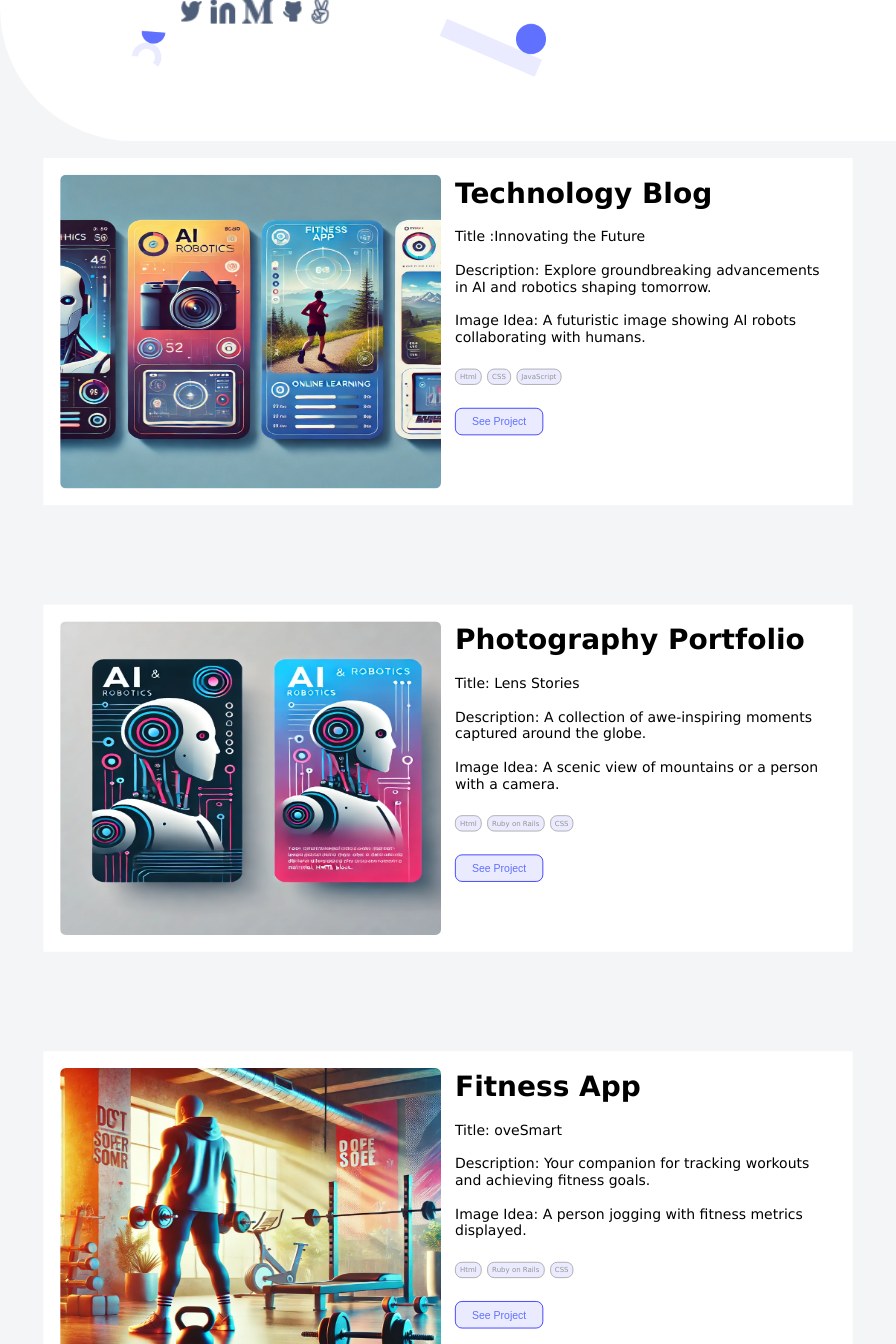
Repository: usman3123/portfolio-template-3
Page: index.html
The author's editor kept a copy of each file at every save. The page is drawn from the files as they stood at one save, then again after the next save.
The browser window is 1280 px wide. The pictures show the part of the page from y = 644 to 2564 px (the page is 5333 px tall before and 2923 px after), at 70% of full size.
Some web libraries are served in a nearby version.

Above is the page before, as saved 2025-01-30 09:57:12.

### index.html
<!DOCTYPE html>
<html lang="en">
<head>
  <meta charset="UTF-8">
  <meta name="viewport" content="width=device-width, initial-scale=1.0">
  <title>project 2</title>
  <link rel="stylesheet" href="style.css">
  <link href='https://unpkg.com/boxicons@2.1.4/css/boxicons.min.css' rel='stylesheet'>
  <link rel="stylesheet" href="https://cdnjs.cloudflare.com/ajax/libs/font-awesome/6.6.0/css/all.min.css" integrity="sha512-Kc323vGBEqzTmouAECnVceyQqyqdsSiqLQISBL29aUW4U/M7pSPA/gEUZQqv1cwx4OnYxTxve5UMg5GT6L4JJg==" crossorigin="anonymous" referrerpolicy="no-referrer" />
  <link rel="stylesheet" href="https://cdnjs.cloudflare.com/ajax/libs/font-awesome/6.6.0/css/all.min.css" integrity="sha512-Kc323vGBEqzTmouAECnVceyQqyqdsSiqLQISBL29aUW4U/M7pSPA/gEUZQqv1cwx4OnYxTxve5UMg5GT6L4JJg==" crossorigin="anonymous" referrerpolicy="no-referrer" />

  <link rel="stylesheet" href="https://cdnjs.cloudflare.com/ajax/libs/font-awesome/6.7.2/css/all.min.css">
  <link rel="preconnect" href="https://fonts.googleapis.com">
<link rel="preconnect" href="https://fonts.gstatic.com" crossorigin>
<link href="https://fonts.googleapis.com/css2?family=Poppins:ital,wght@0,100;0,200;0,300;0,400;0,500;0,600;0,700;0,800;0,900;1,100;1,200;1,300;1,400;1,500;1,600;1,700;1,800;1,900&display=swap" rel="stylesheet">
</head>

<body>
<section class="webpage">
  <!-- Navbar -->

 <div class="hero-page">
  <div class="header-div">
    <nav class="nav-bar flex">
        <h4 class="nav-heading">My Logo</h4>
        <div class="nav-links flex">
            <a href="#myportfolio" class="link">Portfolo</a>
            <a href="myabout" class="link">About</a>
            <a href="mycontact" class="link" >Contact</a>
        </div>
        <i class="fa-solid fa-light fa-bars fa-xl " id="nav-icon"></i>
    </nav>
</div>

  <!-- Main Content -->
  <section id="myportfolio" class="hero-section flex">
    <div class="hero-content flex">
        <h1 class="hero-head"> I'm USMAN!
          Glad to see you.
      </h1>
      <p class="hero-p">
         I'm a software developer! I can help you build a product , feature or website Look through  some of my work and experience! If you like what you see and have a project you need coded, don’t hesitate to contact me.
      </p>
     <p class="let-connect"> LET'S CONNECT</p>

      <div class="icons flex">
          <img src="/assets/twitter.png" class="media-icon">
          <img src="assets/Linkedin.png" class="media-icon">
          <img src="assets/M.png" class="media-icon">
          <img src="assets/Github.png" class="media-icon">
          <img src="assets/V.png" class="media-icon">
      </div>
    </div>
  </section>

 </div>
  <!-- Cards Section -->

  <section class="cards flex">

  </section>


   <!-- ABOUT MYSELF -->

   <section id="myabout" class="about flex">

    <div class="about-intro flex">
      <h1 class="about-head">About Myself</h1>
      <p class="about-paragraph">Hello I'm a software developer! I can help you build a product , feature or website Look through some of my work and experience! If you like what you see and have a project you need coded, don't hesitate to contact me.</p>
        <p class="connect">Let's Connect</p>
        <div class="icons flex icon-gap">
          <img src="assets/twitter.png" class="twitter">
          <img src="assets/Linkedin.png" class="inimage">
          <img src="assets/M.png" class="mimage">
          <img src="assets/Github.png" class="tomimage">
          <img src="assets/V.png" class="protocol">
      </div>
      <button class="content-btn rsm-btn"> Get my resume</button>
    </div>

    <div class="about-skills flex">
      <div class="about-all flex">
        <p>Languages</p>
        <i class='bx bx-chevron-down'></i>
      </div>
      <div class="about-lang flex">
        <div class="about-lang-img flex">
          <i class="fa-brands fa-js sty-i" style="color: #ff0000;"></i>
          <p>JavaScript</p>
        </div>
        <div class="about-lang-img flex">
          <i class="fa-brands fa-html5 sty-i" style="color: #FFD43B;"></i>
          <p>Html</p>

        </div>
        <div class="about-lang-img flex">
          <i class="fa-brands fa-css3-alt sty-i" style="color: #74C0FC;"></i>
          <p>css</p>
        </div>
      </div>
      <div class="about-all flex">
        <p> Frameworks</p>
        <i class='bx bx-chevron-right'></i>
      </div>
      <div class="about-all flex">
        <p>Skills</p>
        <i class='bx bx-chevron-right'></i>
        </div>
        </div>
  </section>


  <!-- Contact section -->

    <section id="mycontact" class="contact-section flex">
    <h1 class="contact-heading">Contact Me</h1>
    <p class="contact-description flex">
        If you have an application you are interested in developing, a feature that you need built, or a project that needs coding, I'd love to help with it!
    </p>
    <form class="contact-form flex">
        <input class="form-input" type="text" placeholder="Your Name">
        <input class="form-input" type="email" placeholder="Your Email">
        <textarea class="form-message" placeholder="Write your message here..."></textarea>
        <button class="form-button flex">Get in Touch</button>
    </form>

</section>
</section>
<div class="container"></div>


<script src="index.js"></script>
</body>
</html>

### index.js
arr = [
    {
        img : "/assets/card-1img.webp",
        h2 : "Technology Blog",
        paragraph1 : "Title :Innovating the Future",
        p_description : "Description: Explore groundbreaking advancements in AI and robotics shaping tomorrow.",
        paragraph2 :"Image Idea: A futuristic image showing AI robots collaborating with humans.",
        lang1 : "Html",
        lang2 : "CSS",
        lang3 : "JavaScript",
        lang5 : "Boot Strap",
        button : "See Project",
        year : "2023",
        cardimg : "/assets/card-1img.webp"
    },
    {
        img : "/assets/card-2img.webp",
        h2 : "Photography Portfolio",
        paragraph1 : "Title: Lens Stories",
        p_description : "Description: A collection of awe-inspiring moments captured around the globe.",
        paragraph2 :"Image Idea: A scenic view of mountains or a person with a camera.",
        lang1 : "Html",
        lang2 :"Ruby on Rails",
        lang3 : "CSS",
        lang4 : "JavaScript",
        lang5 : "Boot Strap",
        button : "See Project",
        year : "2024",
        cardimg :"/assets/card-2img.webp"
    },
    {
        img : "/assets/card-3img.webp",
        h2 : "Fitness App",
        paragraph1 : "Title: oveSmart",
        p_description :"Description: Your companion for tracking workouts and achieving fitness goals.",
        paragraph2 :"Image Idea: A person jogging with fitness metrics displayed.",
        lang1 : "Html",
        lang2 :"Ruby on Rails",
        lang3 : "CSS",
        lang4 : "JavaScript",
        lang5 : "Boot Strap",
        button : "See Project",
        year : "2025",
        cardimg : "/assets/card-3img.webp"
    },
    {
        img : "/assets/card-4img.webp" ,
        h2 : "Online Learning",
        paragraph1 : "Title: Skillify",
        p_description : "Description: Join courses from world-class instructors and master new skills.",
        paragraph2 :"Image Idea: A laptop with an open notebook and a student studying.",
        lang1 : "Html",
        lang2 :"Ruby on Rails",
        lang3 : "CSS",
        lang4 : "JavaScript",
        lang5 : "Boot Strap",
        button : "See Project",
        year : "2025",
        cardimg :"/assets/card-4img.webp"
    }
]

const cards = document.querySelector(".cards");
const body = document.querySelector("body")
arr.forEach((element) => {
    cards.innerHTML += `<div class="card flex">
      <img class="card-img" src= ${element.img} alt="CARD_!_IMG">
      <div class="card-content flex">
        <h2 class="card-head">${element.h2}</h2>
        <p class="content-p">${element.paragraph1}</p>
        <p class="content-sp">${element.p_description}</p>
        <p class="content-p">${element.paragraph2}</p>
        <div class="languages flex">
          <p class="lang">${element.lang1}</p>
          <p class="lang">${element.lang2}</p>
          <p class="lang">${element.lang3}</p>
        </div>
        <button id = "cardbtn" class="content-btn">${element.button}</button>
      </div>
    </div>
`
});
document.querySelectorAll("#cardbtn").forEach((btn, index) => {
  btn.addEventListener("click", () => {
    popup(arr[index]);
    body.classList.add("blur")
  });
});
function popup(element) {
  const popup = document.querySelector(".container");
    popup.innerHTML =
      `<div class="inner-container">
    <div class="icon-head flex">
        <h2 class="heading flex">${element.h2}</h2>
        <i class="fa-solid fa-x" id = "close-popup" ></i>
    </div>
    <div class="languages flex">
        <p class="lang">Canopy</p>
        <p class="lang">Back End Dev</p>
        <p class="lang">${element.year}</p>
    </div>
    <img src= ${element.cardimg} class="wrapimg">
    <div class="languages flex">
        <p class="lang">${element.lang1}</p>
        <p class="lang">${element.lang5}</p>
        <p class="lang">${element.lang2}</p>
    </div>

    <div class="paragraph">
        <p class="p1">${element.paragraph1}</p>
        <p class="p2">${element.p_description}</p>
        <p class="p3">${element.paragraph2}</p>
    </div>

    <div class="buttons flex">
        <div class="livebtn flex">
            <p>See live</p>
            <img src="/assets/Icon - Export.svg" class="btnimg">
        </div>
        <div class="sourcebtn flex">
            <p>See source</p>
            <img src="/assets/Icon -GitHub.png" class="btnimg">
        </div>
    </div>

    </div>`;

    document.querySelector("#close-popup").addEventListener("click", () => {

    });
  }








{/* <div class="inner-container">
<div class="icon-head flex">
    <h2 class="heading flex">Tonic</h2>
    <i class="fa-solid fa-x" ></i>
</div>
<div class="languages flex">
    <p class="lang">Canopy</p>
    <p class="lang">Back End Dev</p>
    <p class="lang">2015</p>
</div>
<img src="/assets/Snapshoot Portfolio.png" class="wrapimg">
<div class="languages flex">
    <p class="lang">HTML</p>
    <p class="lang">Bootstrap</p>
    <p class="lang">Ruby on rails</p>
</div>

<div class="paragraph">
    <p class="p1">Lorem Ipsum is simply dummy text of the printing and typesetting industry. Lorem Ipsum has been the industry's standard dummy text ever since the 1500s, when an unknown printer took a galley of type and scrambled it 1960s.</p>
    <p class="p2">Lorem Ipsum is simply dummy text of the printing and typesetting industry. Lorem Ipsum has been the industry's standard dummy text ever since the 1500s, when an unknown printer took a galley of type and scrambled it 1960s with the releax map lapora verita.</p>
    <p class="p3">Lorem Ipsum is simply dummy text of the printing and typesetting industry. Lorem Ipsum has been the industry's standard dummy text ever since the 1500s, when an unknown printer took a galley of type and scrambled it to make a type specimen book. It has survived not only five centuries, but also the leap into electronic typesetting, remaining essent</p>
</div>

<div class="buttons flex">
    <div class="livebtn flex">
        <p>See live</p>
        <img src="/assets/Icon - Export.svg" class="btnimg">
    </div>
    <div class="sourcebtn flex">
        <p>See source</p>
        <img src="/assets/Icon -GitHub.png" class="btnimg">
    </div>
</div>

</div>
 */}














/* <div class="card flex">
      <img class="card-img" src="/assets/card-1img.webp" alt="CARD_!_IMG">
      <div class="card-content flex">
        <h2 class="card-head">Technology Blog</h2>
        <p class="content-p">Title: "Innovating the Future"</p>
        <p class="content-sp">Description: "Explore groundbreaking advancements in AI and robotics shaping tomorrow."</p>
        <p class="content-p">Image Idea: A futuristic image showing AI robots collaborating with humans.</p>
        <div class="languages flex">
          <p class="lang">Html</p>
          <p class="lang">CSS</p>
          <p class="lang">JavaScript</p>
        </div>
        <button class="content-btn">See Project</button>
      </div>
    </div>
    <div class="card flex">
      <img class="card-img" src="/assets/card-2img.webp" alt="CARD_!_IMG">
      <div class="card-content flex">
        <h2 id="photo-head">Photography Portfolio</h2>
        <p class="content-p">Title: "Lens Stories"<p>
        <p class="content-sp">Description: "A collection of awe-inspiring moments captured around the globe."</p>
        <p class="content-p">Image Idea: A scenic view of mountains or a person with a camera.
        </p>
        <div class="languages flex">
          <p class="lang">Html</p>
          <p class="lang">Ruby on Rails</p>
          <p class="lang">CSS</p>
          <p class="lang">JavaScript</p>
        </div>
        <button class="content-btn">See Project</button>
      </div>
    </div>
    <div class="card flex">
      <img class="card-img" src="/assets/card-3img.webp" alt="CARD_!_IMG">
      <div class="card-content flex">
        <h2 class="card-head">Fitness App</h2>
        <p class="content-p">Title: "MoveSmart"<p>
        <p class="content-sp">Description: "Your companion for tracking workouts and achieving fitness goals."</p>
        <p class="content-p">Image Idea: A person jogging with fitness metrics displayed.</p>
        <div class="languages flex">
          <p class="lang">Html</p>
          <p class="lang">Ruby on Rails</p>
          <p class="lang">CSS</p>
          <p class="lang">JavaScript</p>
        </div>
        <button class="content-btn">See Project</button>
      </div>
    </div>
    <div class="card flex">
      <img class="card-img" src="/assets/card-4img.webp" alt="CARD_!_IMG">
      <div class="card-content flex">
        <h2 class="card-head">Online Learning</h2>
        <p class="content-p">Title: "Skillify"p>
        <p class="content-sp">Description: "Join courses from world-class instructors and master new skills."</p>
        <p class="content-p">Image Idea: A laptop with an open notebook and a student studying.</p>
        <div class="languages flex">
          <p class="lang">Html</p>
          <p class="lang">Ruby on Rails</p>
          <p class="lang">CSS</p>
          <p class="lang">JavaScript</p>
        </div>
        <button class="content-btn">See Project</button>
      </div>
    </div> */

Loaded but not shown: style.css (519 lines, source omitted)

After the next save:
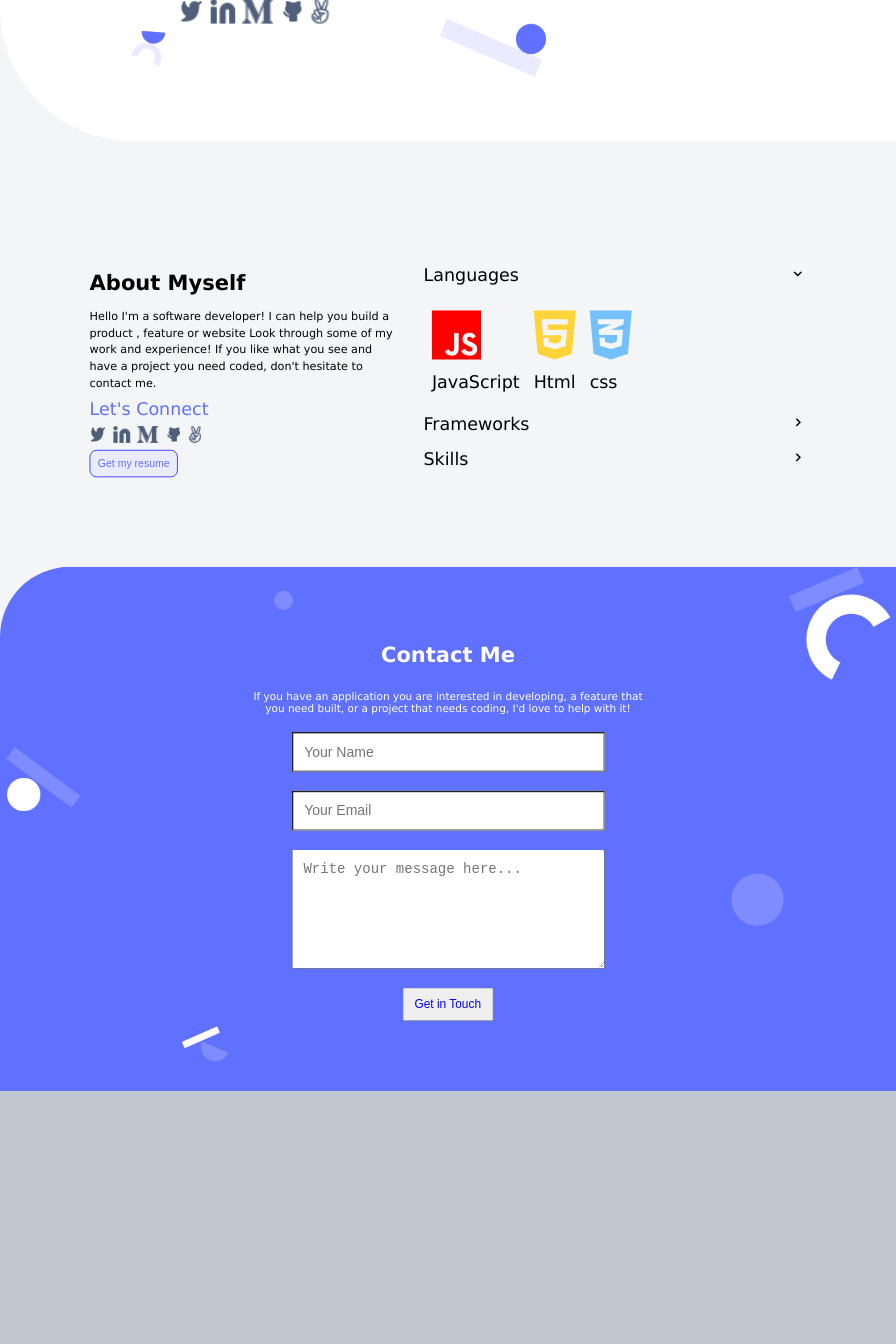
Console error: SyntaxError: Identifier 'popup' has already been declared
Saved 98 s later.
--- a/index.js
+++ b/index.js
@@ -61,7 +61,8 @@
 ]
 
 const cards = document.querySelector(".cards");
-const body = document.querySelector("body")
+const body = document.querySelector("body");
+const popup = document.querySelector(".container");
 arr.forEach((element) => {
     cards.innerHTML += `<div class="card flex">
       <img class="card-img" src= ${element.img} alt="CARD_!_IMG">
@@ -83,7 +84,8 @@
 document.querySelectorAll("#cardbtn").forEach((btn, index) => {
   btn.addEventListener("click", () => {
     popup(arr[index]);
-    body.classList.add("blur")
+    body.classList.add("blur");
+    popup.classList.rem
   });
 });
 function popup(element) {

After the 2 saves that followed:
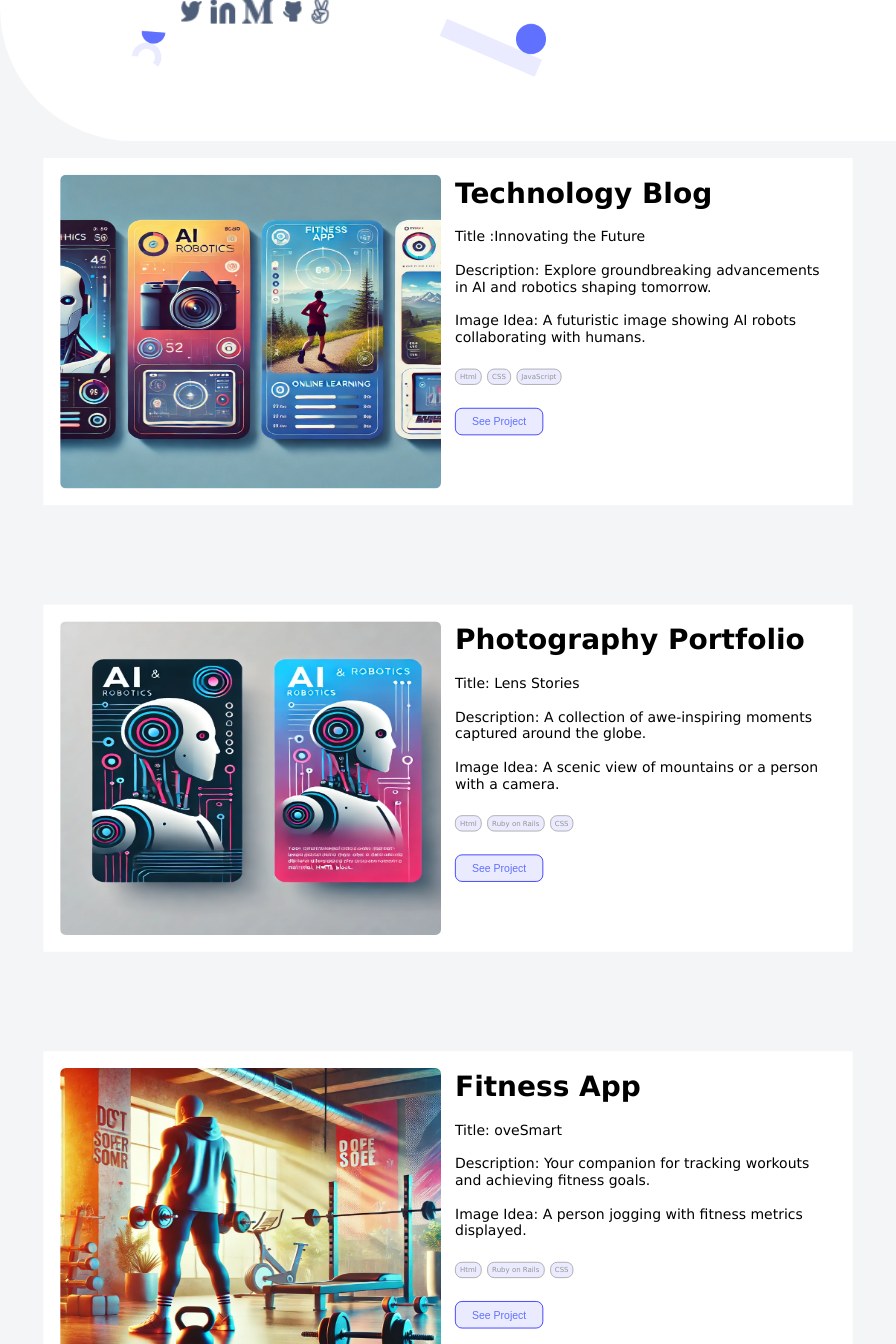
The error is gone.
The 2 saves are shown as one change because 1 left the picture as it was.
The last was saved 58 s later.
--- a/index.js
+++ b/index.js
@@ -62,7 +62,7 @@
 
 const cards = document.querySelector(".cards");
 const body = document.querySelector("body");
-const popup = document.querySelector(".container");
+
 arr.forEach((element) => {
     cards.innerHTML += `<div class="card flex">
       <img class="card-img" src= ${element.img} alt="CARD_!_IMG">
@@ -83,9 +83,10 @@
 });
 document.querySelectorAll("#cardbtn").forEach((btn, index) => {
   btn.addEventListener("click", () => {
+    const popup = document.querySelector(".container");
     popup(arr[index]);
     body.classList.add("blur");
-    popup.classList.rem
+    popup.classList.remove("blur")
   });
 });
 function popup(element) {
